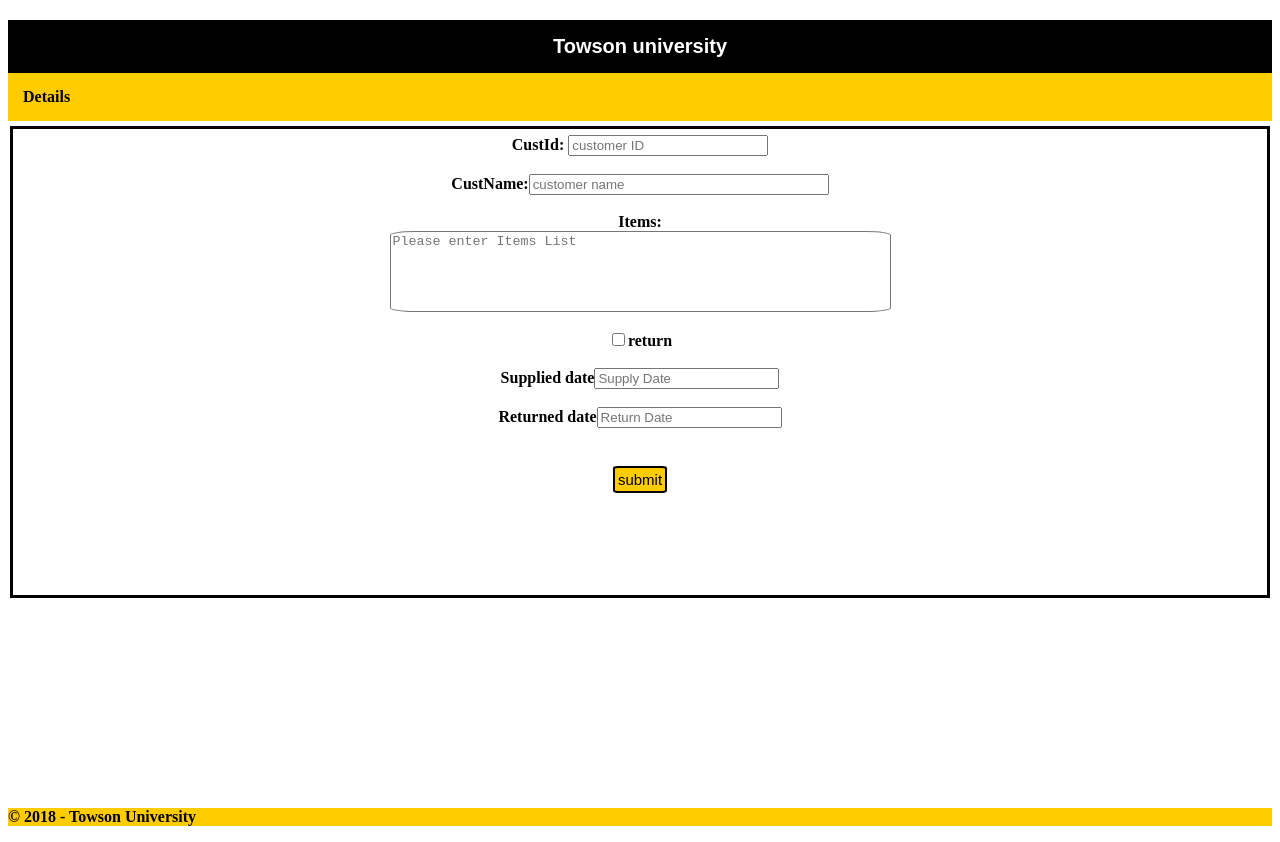
Repository: DatabaseCOSC578/eclipse-workspace11
Page: http://localhost/Supervisor/Supervisor.jsp
The author's editor kept a copy of each file at every save. The page is drawn from the files as they stood at one save, then again after the next save.
The browser window is 1280 px wide. The pictures show the whole page.
The page is served by Tomcat 9. Other server files are loaded and not shown.

Above is the page before, as saved 2018-04-15 16:58:07.

### Supervisor/WebContent/Supervisor.jsp
<html>
<head>
    <link href="css/layout1.css" rel="stylesheet">
</head>
<body>
<header><center>Towson university</center></header>
<form name="inputdetails" action="store" method="post" id="form1">
<p><b>Details</b></p>
<fieldset><center>

<b>CustId:</b> <input type=text style="width: 200px;" name="custid " placeholder="customer ID"><br><br>
<b>CustName:</b><input type=text style="width: 300px; align:center;" name="custname" placeholder="customer name "><br><br>
<b>Items:<b/><br/>
<textarea rows="5" cols="60"  maxlength="260" name="items" placeholder="Please enter Items List">
</textarea> <br><br>
<input type=checkbox name="return" value=1>return<br><br>
Supplied date<input type=text name="sdate" placeholder="Supply Date" ><br><br>
Returned date<input type=text name="rdate" placeholder="Return Date" ><br><br>
<input type=submit value=submit> <br><br><br><br><br>
</center></fieldset>
</form>
</body>
<footer> &copy 2018 - Towson University</footer>
</html>

### Supervisor/WebContent/css/layout1.css
header {
	position: relative;
	color: #FFFFFF;
	font-family: sans-serif;
	font-size: 20px;
	text-align:left;
	background-color: #000000;
	margin: 20;
	margin-left:0;
	margin-bottom:0;
	margin-right:0;

	padding: 15;
	font-weight:700;
}

p {
	background-color: #fc0;
	margin: 0;
	margin-top:0;
	padding: 15;
}

fieldset {
	margin-top: 5;
	border: solid;

}

footer {
	font-weight: 800;
	text-color: solid #000000;
	background-color: #fc0;
	margin-top: 210;
}
textarea{
	resize:none;
	border-radius:5%;
}
input[type="submit"] {
	align:center;
	margin: 20px;
	background-color: #fc0;
	padding: 3;
	text-align:center;
	text-weight: 700;
	border: solid 2px;
	font-size: 15;
	border-radius: 9%;
}
input[type="submit"]:hover {
	cursor:pointer;
}

After the next save:
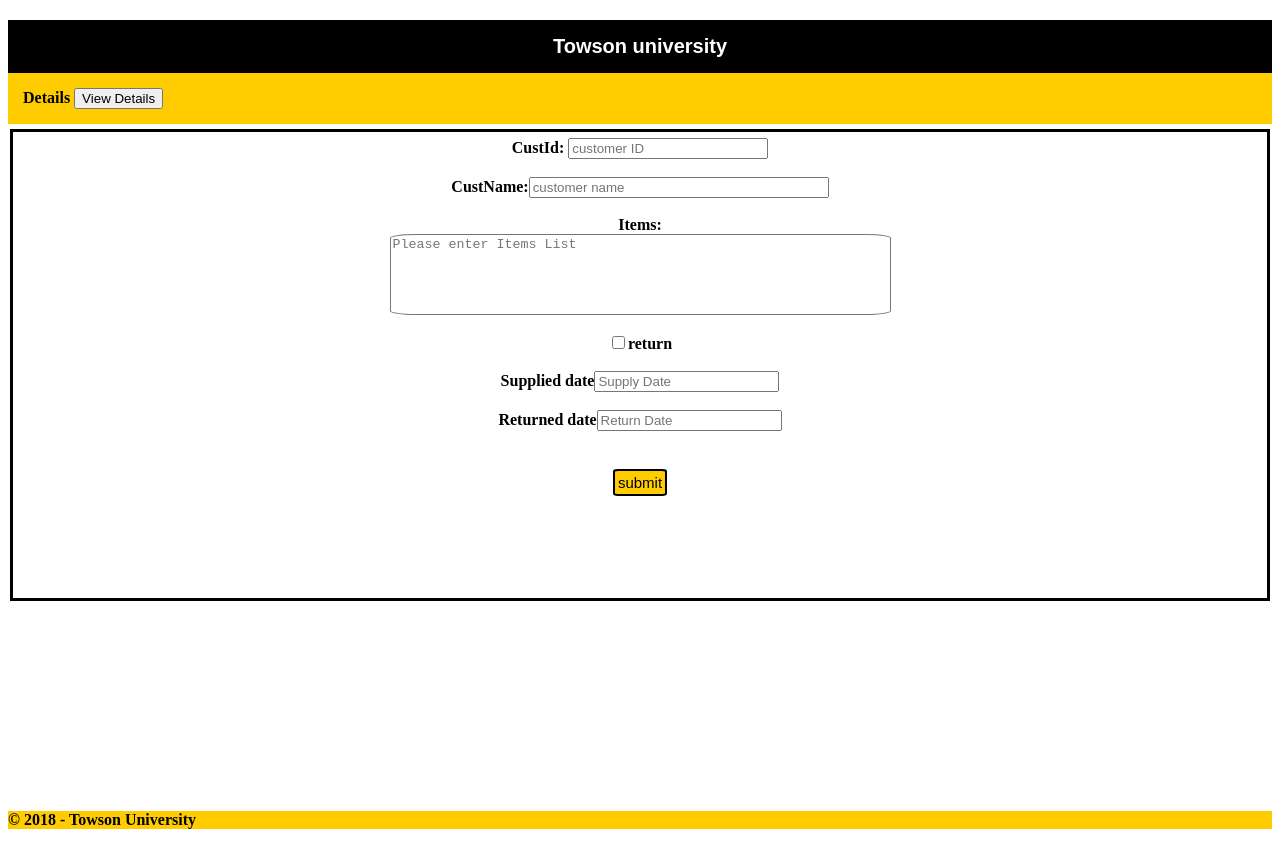
Saved 6 min 42 s later.
--- a/Supervisor/WebContent/Supervisor.jsp
+++ b/Supervisor/WebContent/Supervisor.jsp
@@ -5,7 +5,7 @@
 <body>
 <header><center>Towson university</center></header>
 <form name="inputdetails" action="store" method="post" id="form1">
-<p><b>Details</b></p>
+<p><b>Details</b> <button class="button">View Details</button></p>
 <fieldset><center>
 
 <b>CustId:</b> <input type=text style="width: 200px;" name="custid " placeholder="customer ID"><br><br>
